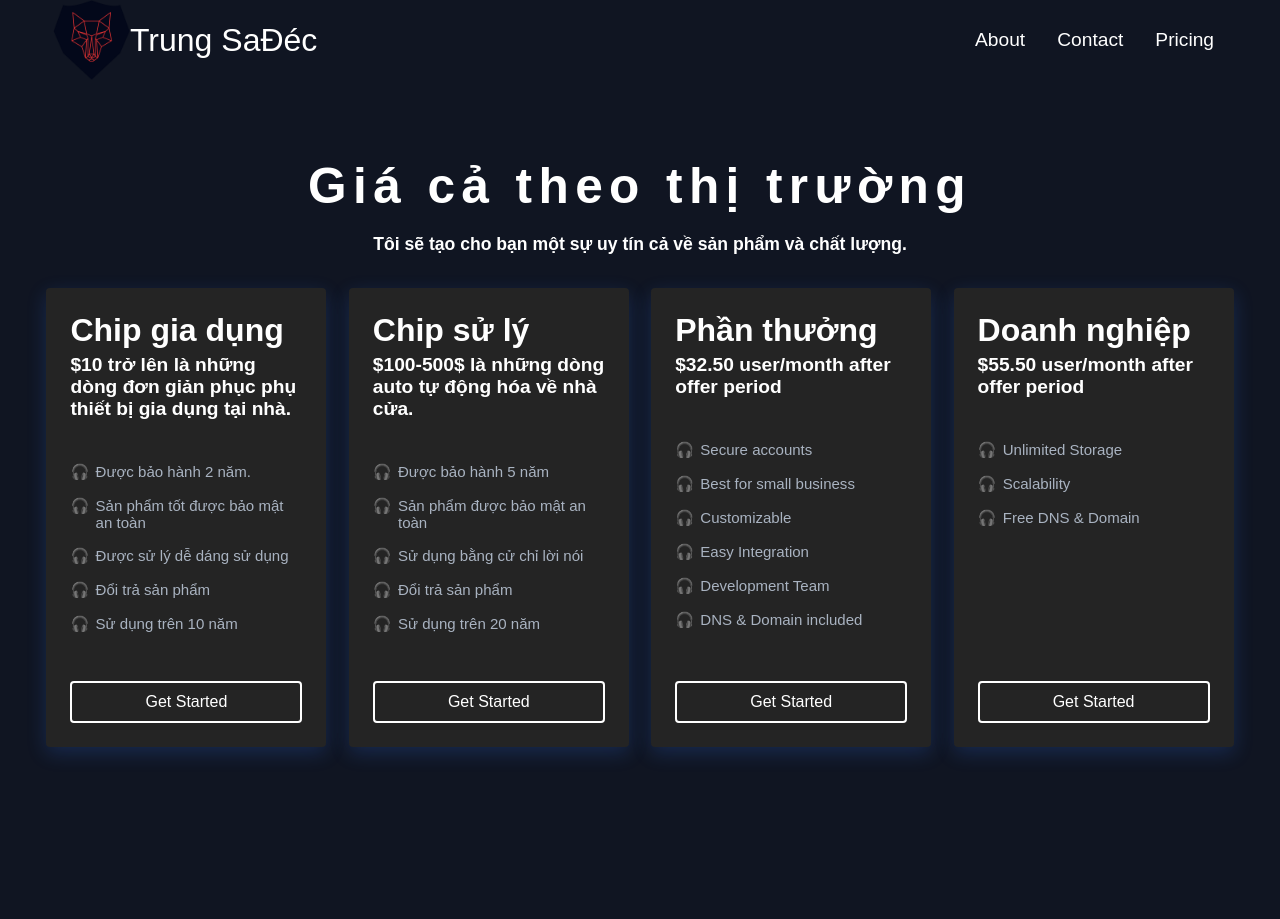
Repository: fdhhhdjd/Profile-Gift-B_H_Q_Trung
Page: /pricing
The author's editor kept a copy of each file at every save. The page is drawn from the files as they stood at one save, then again after the next save.
The browser window is 1280 px wide. The pictures show the whole page.
The project was rebuilt for these pictures with package versions that can differ from the ones it lists, and the page was loaded fresh each time. Also part of the build but not shown: src/App.css, src/Pages/Home.js, src/Styles/HeroStyles.js, src/Components/Hero.js. Imported but missing from the stored project, and not drawn on this page: src/Pages/SignUpPage.

Above is the page before, as saved 2021-10-28 17:03:54.

### src/App.js
import logo from "./logo.svg";
import "./App.css";
import { BrowserRouter as Router, Switch, Route } from "react-router-dom";
import { Home, Navbar, GlobalStyles, PricingPage } from "./Imports/Index";
function App() {
  return (
    <>
      <Router>
        <GlobalStyles />
        <Navbar />
        <Switch>
          <Route path="/" exact component={Home} />
          <Route path="/pricing" exact component={PricingPage} />
        </Switch>
      </Router>
    </>
  );
}

export default App;

### src/Imports/Index.js
export { default as Home } from "../Pages/Home";
export { default as PricingPage } from "../Pages/PricingPage";
export { default as SignUpPage } from "../Pages/SignUpPage";
export { default as Navbar } from "../Components/Navbar";
export { default as GlobalStyles } from "../Styles/GlobalStyles";
export { default as Hero } from "../Components/Hero";

### src/Pages/PricingPage.js
import React from "react";
import { Button, Heading, TextWrapper } from "../Styles/GlobalStyles";
import { IconContext } from "react-icons/lib";
import {
  PricingSection,
  PricingWrapper,
  PricingContainer,
  PricingCardInfo,
  PricingCardPlan,
  PricingCardCost,
  PricingCardFeatures,
  PricingCardText,
  PricingCardFeature,
  PricingCard,
} from "../Styles/PricingStyles";
import { pricingData } from "../Data/PricingData";
const PricingPage = () => {
  return (
    <>
      <IconContext.Provider value={{ color: "#a9b3c1", size: "1rem" }}>
        <PricingSection id="pricing">
          <PricingWrapper>
            <Heading>Giá cả theo thị trường</Heading>

            <TextWrapper
              mb="1.4rem"
              weight="600"
              size="1.1rem"
              color="white"
              align="center"
            >
              <br />
              Tôi sẽ tạo cho bạn một sự uy tín cả về sản phẩm và chất lượng.
            </TextWrapper>
            <PricingContainer>
              {pricingData.map((card, index) => (
                <PricingCard key={index}>
                  <PricingCardInfo>
                    <PricingCardPlan>{card.title}</PricingCardPlan>
                    <PricingCardCost>{card.price}</PricingCardCost>
                    <PricingCardText>{card.description}</PricingCardText>
                    <PricingCardFeatures>
                      {card.features.map((feature, index) => (
                        <PricingCardFeature key={index}>
                          {feature}
                        </PricingCardFeature>
                      ))}
                    </PricingCardFeatures>
                    <Button>Get Started</Button>
                  </PricingCardInfo>
                </PricingCard>
              ))}
            </PricingContainer>
          </PricingWrapper>
        </PricingSection>
      </IconContext.Provider>
    </>
  );
};

export default PricingPage;

### src/Components/Navbar.js
import React, { useState } from "react";
import { data } from "../Data/NavbarData";
import { FaRProject, FaTimes } from "react-icons/fa";
import { CgMenuRight } from "react-icons/cg";
import { IconContext } from "react-icons";
import { useLocation, useHistory } from "react-router-dom";
import {
  Nav,
  NavbarContainer,
  NavIcon,
  NavLogo,
  MobileIcon,
  NavMenu,
  NavItem,
  NavLinks,
} from "../Styles/NavbarStyles";
const Navbar = () => {
  const [show, setShow] = useState(false);
  let history = useHistory();
  let location = useLocation();
  const handleClick = () => {
    setShow(!show);
  };
  const scrollTo = (id) => {
    const element = document.getElementById(id);

    element.scrollIntoView({
      behavior: "smooth",
    });
  };
  const closeMobileMenu = (to, id) => {
    if (id && location.pathname === "/") {
      scrollTo(id);
    }

    history.push(to);
    setShow(false);
  };

  return (
    <>
      <IconContext.Provider value={{ color: "#fff" }}>
        <Nav>
          <NavbarContainer>
            <NavLogo to="/">
              <NavIcon src="./assets/logo2.png" alt="logo" />
              Trung&nbsp;SaĐéc
            </NavLogo>
            <MobileIcon onClick={handleClick}>
              {show ? <FaTimes /> : <CgMenuRight />}
            </MobileIcon>
            <NavMenu show={show}>
              {data.map((el, index) => (
                <NavItem key={index}>
                  <NavLinks onClick={() => closeMobileMenu(el.to, el.id)}>
                    {el.title}
                  </NavLinks>
                </NavItem>
              ))}
            </NavMenu>
          </NavbarContainer>
        </Nav>
      </IconContext.Provider>
    </>
  );
};

export default Navbar;

### src/Styles/GlobalStyles.js
import styled, { createGlobalStyle } from "styled-components";

const GlobalStyle = createGlobalStyle`
  *{
    box-sizing: border-box;
  margin: 0;
  padding: 0;
  font-family: 'Montserrat', sans-serif;
  }
`;

export const Container = styled.div`
  width: 100%;
  max-width: 1300px;
  margin-right: auto;
  margin-left: auto;
  padding: 0 50px;

  @media screen and (max-width: 960px) {
    padding: 0 30px;
  }
`;
export const MainHeading = styled.h1`
  font-size: clamp(2.3rem, 6vw, 4.5rem);
  margin-bottom: 2rem;
  color: ${({ inverse }) => (inverse ? "$403ae3" : "#fff")};
  width: 100%;
  letter-spacing: 4px;
  text-align: center;
`;

export const Heading = styled.h2`
  font-size: clamp(1.3rem, 13vw, 3.1rem);
  margin: ${({ margin }) => (margin ? margin : "")};
  margin-bottom: ${({ mb }) => (mb ? mb : "")};
  margin-top: ${({ mt }) => (mt ? mt : "")};
  color: ${({ inverse }) => (inverse ? "$403ae3" : "#fff")};
  letter-spacing: 0.4rem;
  line-height: 1.06;
  text-align: center;
  width: ${({ width }) => (width ? width : "100%")};
`;
export const TextWrapper = styled.span`
  color: ${({ color }) => (color ? color : "")};
  font-size: ${({ size }) => (size ? size : "")};
  font-weight: ${({ weight }) => (weight ? weight : "")};
  letter-spacing: ${({ spacing }) => (spacing ? spacing : "")};
  padding: ${({ padding }) => (padding ? padding : "")};
  margin: ${({ margin }) => (margin ? margin : "")};
  margin-bottom: ${({ mb }) => (mb ? mb : "")};
  margin-top: ${({ mt }) => (mt ? mt : "")};
`;
export const Section = styled.section`
  padding: ${({ padding }) => (padding ? padding : "140px 0")};
  margin: ${({ margin }) => (margin ? margin : "")};
  background: ${({ inverse }) => (inverse ? "white" : "#071c2f")};
  position: ${({ position }) => (position ? position : "")};
  width: ${({ width }) => (width ? width : "auto")};
  min-width: ${({ minWidth }) => (minWidth ? minWidth : "auto")};
  max-width: ${({ maxWidth }) => (maxWidth ? maxWidth : "auto")};
  height: ${({ height }) => (height ? height : "auto")};
  max-height: ${({ maxHeight }) => (maxHeight ? maxHeight : "auto")};
  min-height: ${({ minHeight }) => (minHeight ? minHeight : "auto")};

  @media screen and (max-width: 768px) {
    padding: ${({ smPadding }) => (smPadding ? smPadding : "70px 0")};
  }
`;

export const Row = styled.div`
  display: flex;
  justify-content: ${({ justify }) => (justify ? justify : "")};
  align-items: ${({ align }) => (align ? align : "")};
  gap: ${({ gap }) => (gap ? gap : "")};
  padding: ${({ padding }) => (padding ? padding : "")};
  margin: ${({ margin }) => (margin ? margin : "")};
  position: ${({ position }) => (position ? position : "")};
  width: ${({ width }) => (width ? width : "auto")};
  min-width: ${({ minWidth }) => (minWidth ? minWidth : "auto")};
  max-width: ${({ maxWidth }) => (maxWidth ? maxWidth : "auto")};
  height: ${({ height }) => (height ? height : "auto")};
  max-height: ${({ maxHeight }) => (maxHeight ? maxHeight : "auto")};
  min-height: ${({ minHeight }) => (minHeight ? minHeight : "auto")};
  flex-wrap: ${({ wrap }) => (wrap ? wrap : "")};
`;

export const Column = styled.div`
  display: flex;
  flex-direction: column;
  justify-content: ${({ justify }) => (justify ? justify : "")};
  align-items: ${({ align }) => (align ? align : "")};
  gap: ${({ gap }) => (gap ? gap : "")};
  padding: ${({ padding }) => (padding ? padding : "")};
  margin: ${({ margin }) => (margin ? margin : "")};
  position: ${({ position }) => (position ? position : "")};
  width: ${({ width }) => (width ? width : "auto")};
  min-width: ${({ minWidth }) => (minWidth ? minWidth : "auto")};
  max-width: ${({ maxWidth }) => (maxWidth ? maxWidth : "auto")};
  height: ${({ height }) => (height ? height : "auto")};
  max-height: ${({ maxHeight }) => (maxHeight ? maxHeight : "auto")};
  min-height: ${({ minHeight }) => (minHeight ? minHeight : "auto")};
`;

export const Button = styled.button`
  border-radius: 4px;
  background: none;
  white-space: nowrap;
  padding: 10px 20px;
  font-size: 16px;
  color: #fff;
  outline: none;
  border: 2px solid #fff;
  cursor: pointer;
  overflow: hidden;
  position: relative;

  &:before {
    background: #fff;
    content: "";
    position: absolute;
    top: 50%;
    left: 50%;
    transform: translate(-50%, -50%);
    z-index: -1;
    transition: all 0.6s ease;
    width: 100%;
    height: 0%;
    transform: translate(-50%, -50%) rotate(45deg);
  }

  &:hover:before {
    height: 500%;
  }

  &:hover {
    color: black;
  }
`;

export default GlobalStyle;

### src/Styles/PricingStyles.js
import styled from "styled-components";

export const PricingSection = styled.div`
  padding: 160px 0;
  display: flex;
  flex-direction: column;
  justify-content: center;
  background: #101522;
`;

export const PricingWrapper = styled.div`
  display: flex;
  flex-direction: column;
  align-items: center;
  margin: 0 auto;

  @media screen and (max-width: 960px) {
    margin: 0 30px;
    display: flex;
    flex-direction: column;
    align-items: center;
  }
`;

export const PricingContainer = styled.div`
  display: flex;
  justify-content: center;
  flex-flow: wrap;
  > div {
    margin: 0.7rem;
  }

  @media screen and (max-width: 768px) {
    display: flex;
    flex-direction: column;
    justify-content: center;
    align-items: center;
    width: 100%;
    > div {
      width: 90%;
    }
  }
`;

export const PricingCard = styled.div`
  &:hover {
    transform: scale(1.06);
    transition: all 0.3s ease-out;
  }
`;

export const PricingCardInfo = styled.div`
  background: #242424;
  box-shadow: 0 6px 20px rgba(56, 125, 255, 0.2);
  width: 280px;
  text-decoration: none;
  border-radius: 4px;
  height: 100%;

  display: flex;
  flex-direction: column;
  padding: 24px;
  color: #fff;
  margin: auto;
  > button {
    margin-top: auto;

    &:hover {
      color: black;
      background: white;
      transition: background 0.3s ease;
    }
  }

  @media screen and (max-width: 768px) {
    width: 90%;

    &:hover {
      transform: none;
    }
  }
`;

export const PricingCardPlan = styled.h3`
  margin-bottom: 5px;
  font-size: 2rem;
`;

export const PricingCardCost = styled.h4`
  font-size: 1.2rem;
`;

export const PricingCardText = styled.p`
  font-size: 1.1rem;
  margin: 0.4rem 0 1.3rem;
  color: #a9b3c1;
`;

export const PricingCardFeatures = styled.ul`
  margin: 16px 0 32px;
  list-style: none;
  display: flex;
  flex-direction: column;
  color: #a9b3c1;
`;

export const PricingCardFeature = styled.li`
  margin-bottom: 1rem;
  display: flex;
  font-size: 0.94rem;

  &:before {
    content: "🎧";
    margin-right: 0.4rem;
  }
`;

### src/Data/PricingData.js
export const pricingData = [
  {
    title: "Chip gia dụng",
    price:
      "$10 trở lên là những dòng đơn giản phục phụ thiết bị gia dụng tại nhà.",
    features: [
      "Được bảo hành 2 năm.",
      "Sản phẩm tốt được bảo mật an toàn",
      "Được sử lý dễ dáng sử dụng",
      "Đổi trả sản phẩm",
      "Sử dụng trên 10 năm",
    ],
  },
  {
    title: "Chip sử lý ",
    price: "$100-500$ là những dòng auto tự động hóa về nhà cửa.",
    numAcc: "50-500 accounts",
    features: [
      "Được bảo hành 5 năm",
      "Sản phẩm được bảo mật an toàn",
      "Sử dụng bằng cử chỉ lời nói",
      "Đổi trả sản phẩm",
      "Sử dụng trên 20 năm",
    ],
  },
  {
    title: "Phần thưởng ",
    price: "$32.50 user/month after offer period",
    numAcc: "50-1000 accounts",
    features: [
      "Secure accounts",
      "Best for small business",
      "Customizable",
      "Easy Integration",
      "Development Team",
      "DNS & Domain included",
    ],
  },

  {
    title: "Doanh nghiệp",
    price: "$55.50 user/month after offer period ",
    numAcc: "1000+ Accounts",
    features: ["Unlimited Storage", "Scalability", "Free DNS & Domain"],
  },
];

### src/Data/NavbarData.js
export const data = [
  {
    to: "/",
    title: "About",
    id: "about",
  },
  {
    to: "/signup",
    title: "Contact",
  },
  {
    to: "/pricing",
    title: "Pricing",
  },
];

### src/Styles/NavbarStyles.js
import styled from "styled-components";
import { Container } from "../Styles/GlobalStyles";
import { Link } from "react-router-dom";
export const Nav = styled.nav`
  background: transparent;
  margin-bottom: -80px;
  height: 80px;
  display: flex;
  justify-content: center;
  align-items: center;
  font-size: 1.2rem;
  position: absolute;
  top: 0;
  z-index: 50;
  width: 100%;

  transition: background-color 0.3s ease-in;
`;

export const NavbarContainer = styled(Container)`
  display: flex;
  justify-content: start;
  height: 80px;

  ${Container}
`;

export const NavLogo = styled(Link)`
  color: #fff;
  justify-self: flex-start;
  cursor: pointer;
  text-decoration: none;
  font-size: 2rem;
  display: flex;
  align-items: center;
  z-index: 50;
`;

export const NavIcon = styled.img`
  margin-right: 0, 5rem;
  width: 5rem;
`;

export const MobileIcon = styled.div`
  display: none;
  z-index: 50;

  @media screen and (max-width: 960px) {
    display: block;
    position: absolute;
    top: 0;
    right: 0;
    transform: translate(-100%, 60%);
    font-size: 1.8rem;
    cursor: pointer;
  }
`;

export const NavMenu = styled.ul`
  display: flex;
  align-items: center;
  list-style: none;
  text-align: center;
  width: 100%;

  @media screen and (max-width: 960px) {
    flex-direction: column;
    width: 100%;
    height: 100vh;
    position: fixed;
    padding-top: 30%;
    top: 0;
    left: 0;
    opacity: ${({ show }) => (show ? 1 : 0)};
    visibility: ${({ show }) => (show ? "visible" : "hidden")};
    transform: translateY(${({ show }) => (show ? "0" : "-10px")});
    transition: opacity 0.5s ease;
    background-color: #071c2f;
  }

  > li:first-child {
    margin-left: auto;
  }
`;

export const NavItem = styled.li`
  height: 80px;
  cursor: pointer;

  @media screen and (max-width: 960px) {
    width: 100%;

    &:hover {
      border: none;
    }
  }
`;

export const NavLinks = styled.span`
  color: #fff;
  display: flex;
  align-items: center;
  text-decoration: none;
  padding: 0.5rem 1rem;
  height: 100%;

  &:hover {
    color: #c8c9d8;
    transition: all 0.3s ease;
  }

  @media screen and (max-width: 960px) {
    text-align: center;
    padding: 2rem;
    width: 100%;
    display: table;

    &:hover {
      color: #4b59f7;
      transition: all 0.3s ease;
    }
  }
`;

export const NavBtnLink = styled(Link)`
  display: flex;
  justify-content: center;
  align-items: center;
  text-decoration: none;
  padding: 8px 16px;
  height: 100%;
  width: 100%;
  border: none;
  outline: none;
`;

Loaded but not shown: public/index.html (common file); src/index.js (common file); src/index.css (common file); src/reportWebVitals.js (common file)

After the next save:
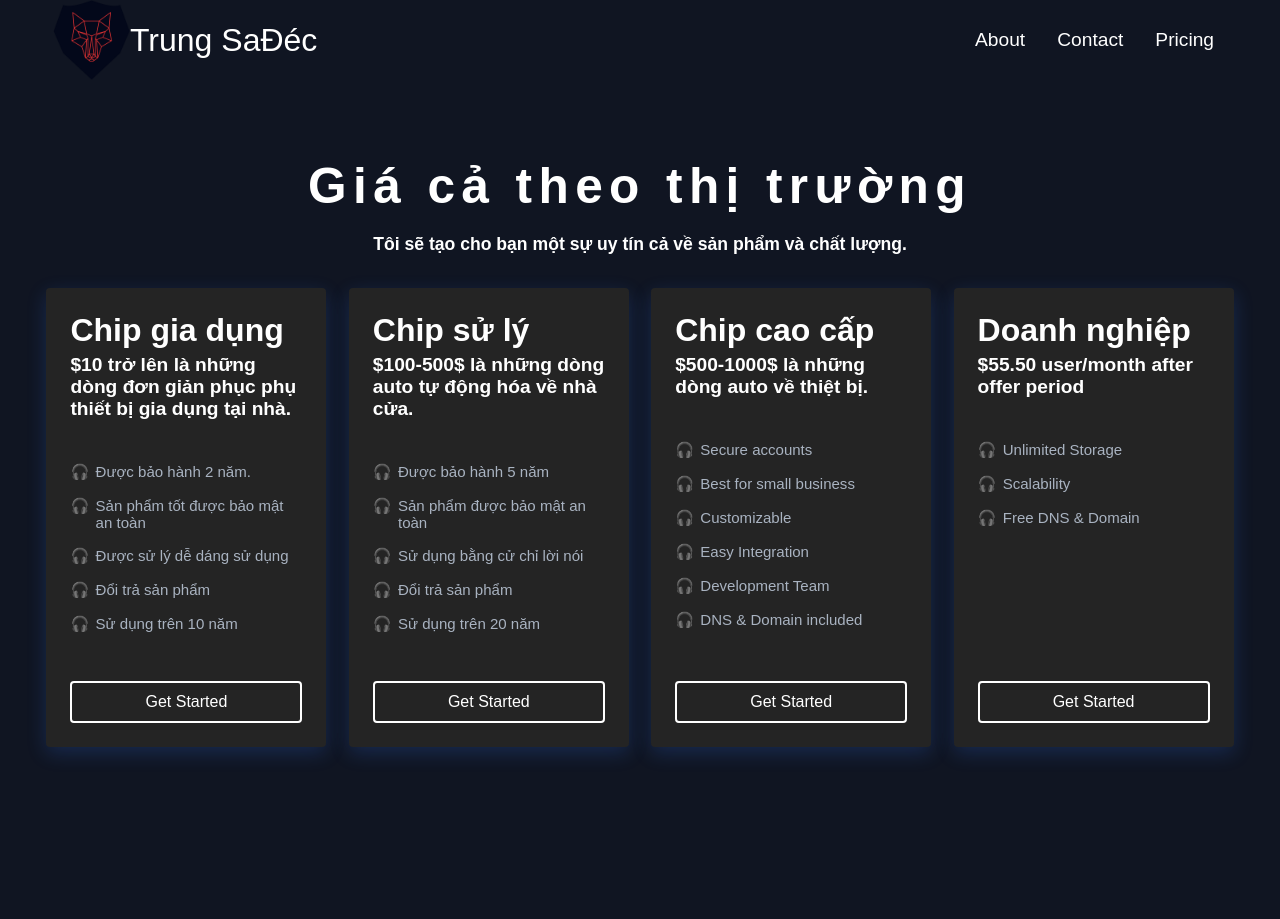
Saved 56 s later.
--- a/src/Data/PricingData.js
+++ b/src/Data/PricingData.js
@@ -24,8 +24,8 @@ export const pricingData = [
     ],
   },
   {
-    title: "Phần thưởng ",
-    price: "$32.50 user/month after offer period",
+    title: "Chip cao cấp ",
+    price: "$500-1000$ là những dòng auto về thiệt bị. ",
     numAcc: "50-1000 accounts",
     features: [
       "Secure accounts",
